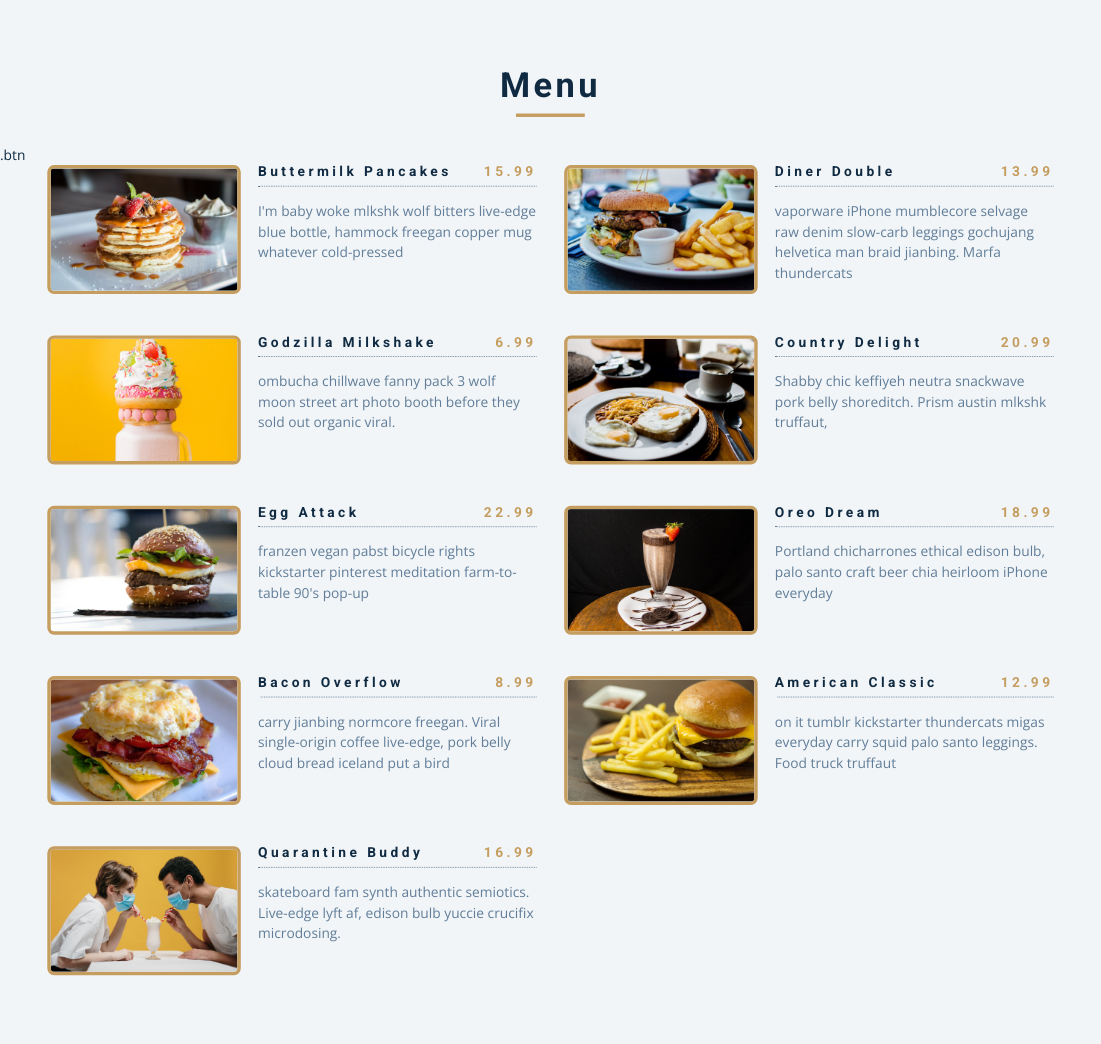
Repository: spidero7/Menu
Page: index.html
These files come from the project's save history. The page is drawn as it stood at one moment and after a run of saves; the edit follows.
The browser window is 1280 px wide. The pictures show the whole page, at 86% of full size.
Some web libraries are served in a nearby version.

Above is the page before, as saved 2021-10-02 07:29:56.

After the next 6 saves:
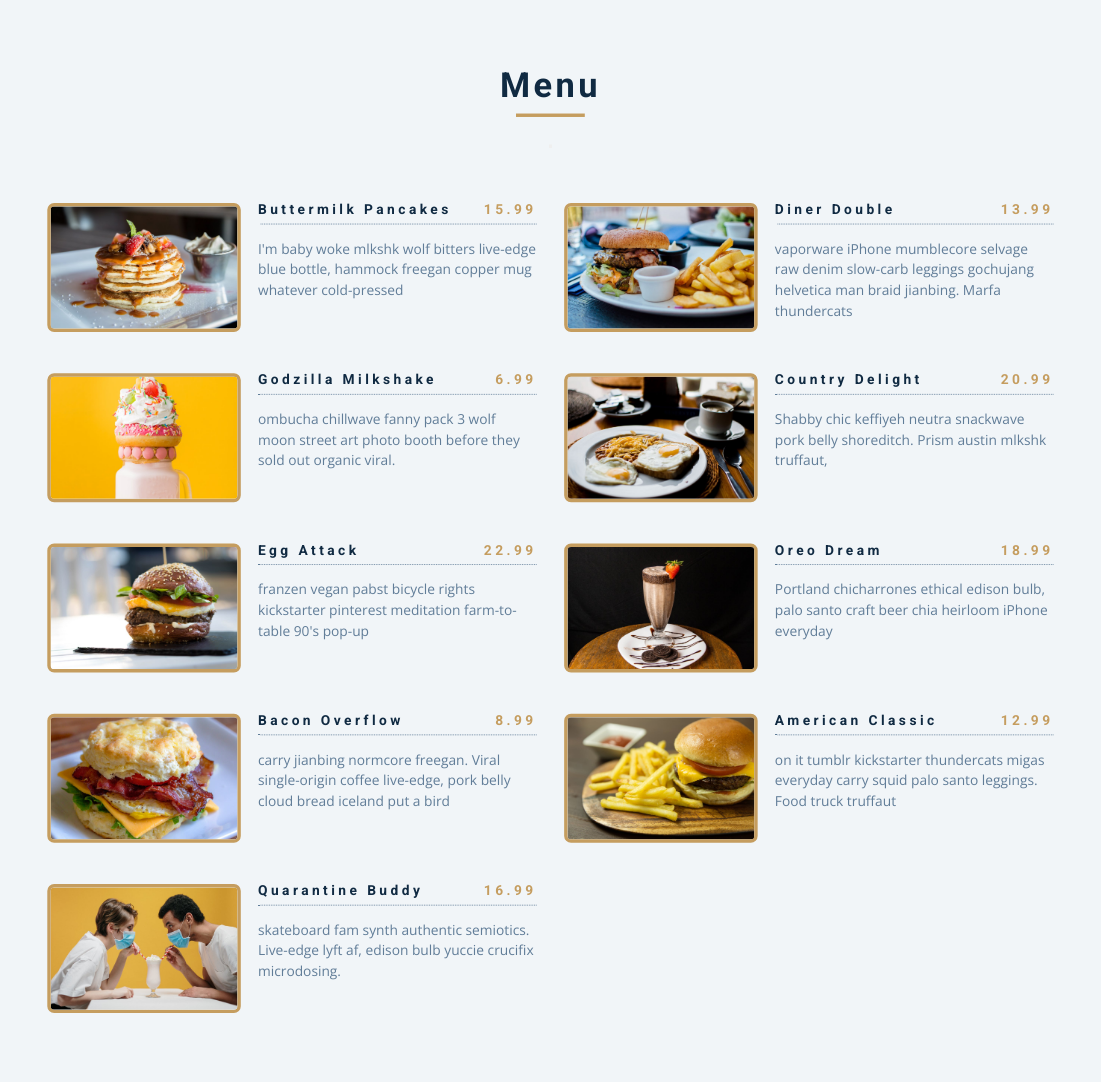
The 6 saves are shown as one change because they came seconds apart.
The last was saved 12 s later.
--- a/index.html
+++ b/index.html
@@ -17,7 +17,9 @@
             <h2>Menu</h2>
             <div class="underline"></div>
         </div>
-        .btn
+        <div class="btn-container">
+            <button></button>
+        </div>
         <div class="section-center">
             <article class="menu-item">
                 <img src="menu-item.jpeg" class="photo" alt="menu-item">
